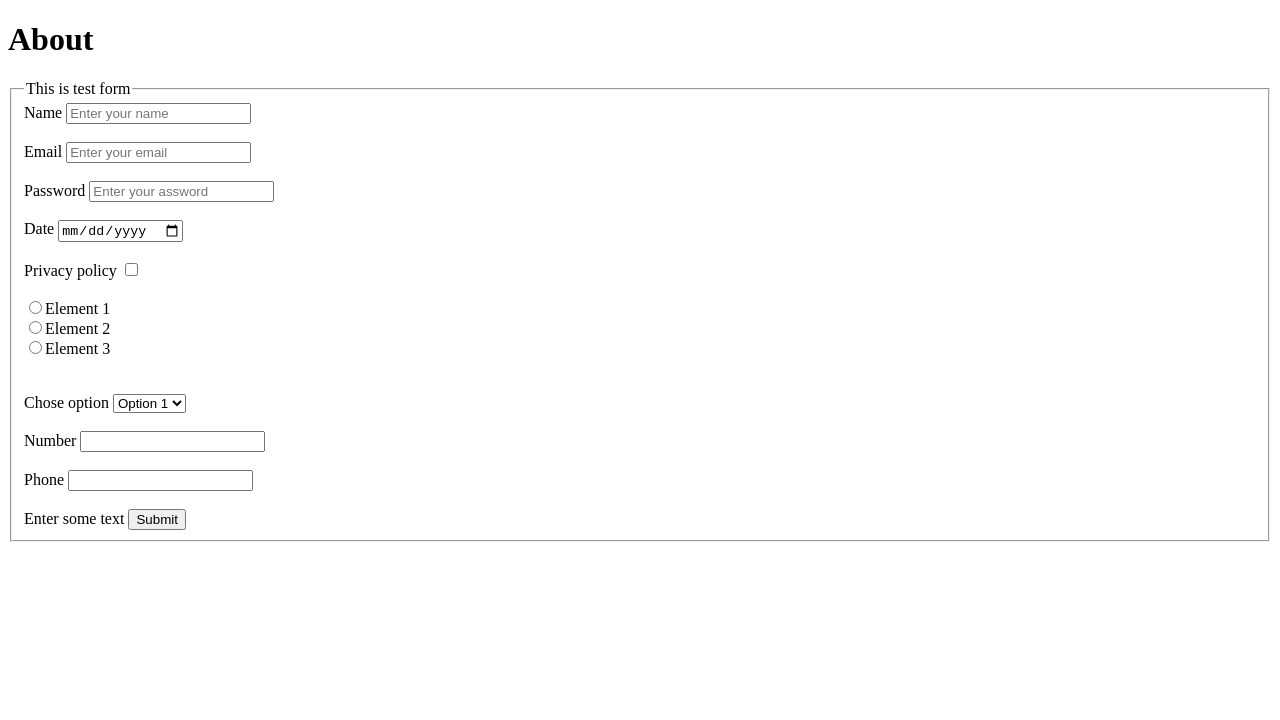
Repository: fisikusari/test-repo
Page: about.html
The author's editor kept a copy of each file at every save. The page is drawn from the files as they stood at one save, then again after the next save.
The browser window is 1280 px wide. The pictures show the whole page.

Above is the page before, as saved 2021-11-11 19:46:15.

### about.html
<!DOCTYPE html>
<html lang="en">

<head>
  <meta charset="UTF-8">
  <meta http-equiv="X-UA-Compatible" content="IE=edge">
  <meta name="viewport" content="width=device-width, initial-scale=1.0">
  <title>About</title>
</head>

<body>
  <h1>About</h1>
  <!--Form Starts here-->
  <form action="">
    <!--Fieldset Starts here-->
    <fieldset>
      <legend>This is test form</legend>
      <label for="name">Name</label>
      <input type="text" id="name" name="emri" placeholder="Enter your name" /><br><br>
      <label for="email">Email</label>
      <input type="email" name="email" id="email" placeholder="Enter your email" /><br></br>
      <label for="password">Password</label>
      <input type="password" name="password" id="password" placeholder="Enter your assword"><br><br>
      <label for="date">Date</label>
      <input type="date" name="date" id="date"><br><br>
      <label for="privacy_policy">Privacy policy</label>
      <input type="checkbox" name="privacy_policy" id="privacy_policy"> <br></br>
      <label for="radio_item_1">
        <input type="radio" name="default_name" value="1">Element 1 <br>
        <input type="radio" name="default_name" value="2">Element 2 <br>
        <input type="radio" name="default_name" value="3">Element 3 <br>
      </label>
      <br><br>
      <label for="options">Chose option</label>
      <select name="options" id="options">
        <option value="1">Option 1</option>
        <option value="2">Option 2</option>
        <option value="3">Option 3</option>
      </select>
      <input type="hidden" name="hidden" value="xyz123K">
      <br><br>
      <label for="number">Number</label>
      <input type="number" name="number" id="number"><br><br>
      <label for="tel">Phone</label>
      <input type="tel" name="tel" id="tel"><br><br>
      <label for="textarea">Enter some text</label>
      <input type="submit" value="Submit">
    </fieldset>
    <!--Fieldset Ends here-->
  </form>
  <!--Form Ends here-->
</body>

</html>

After the next save:
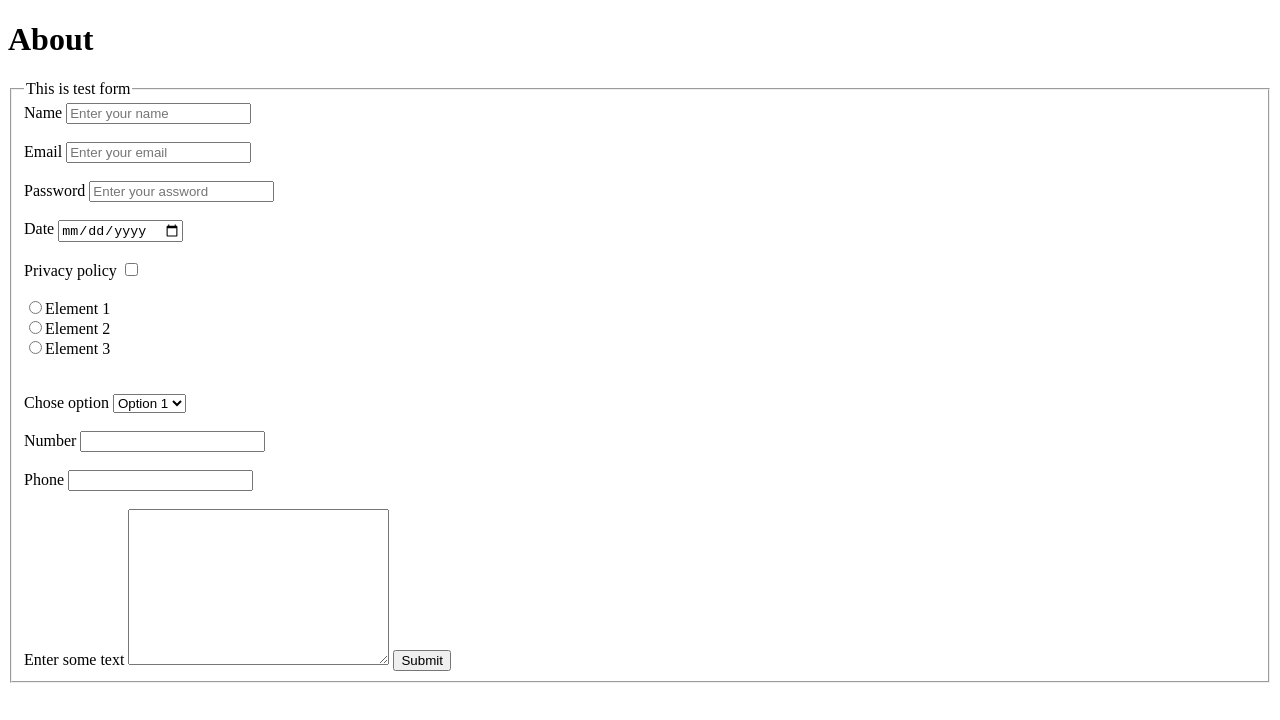
Saved 4 s later.
--- a/about.html
+++ b/about.html
@@ -44,6 +44,7 @@
       <label for="tel">Phone</label>
       <input type="tel" name="tel" id="tel"><br><br>
       <label for="textarea">Enter some text</label>
+      <textarea name="" id="" cols="30" rows="10"></textarea>
       <input type="submit" value="Submit">
     </fieldset>
     <!--Fieldset Ends here-->
